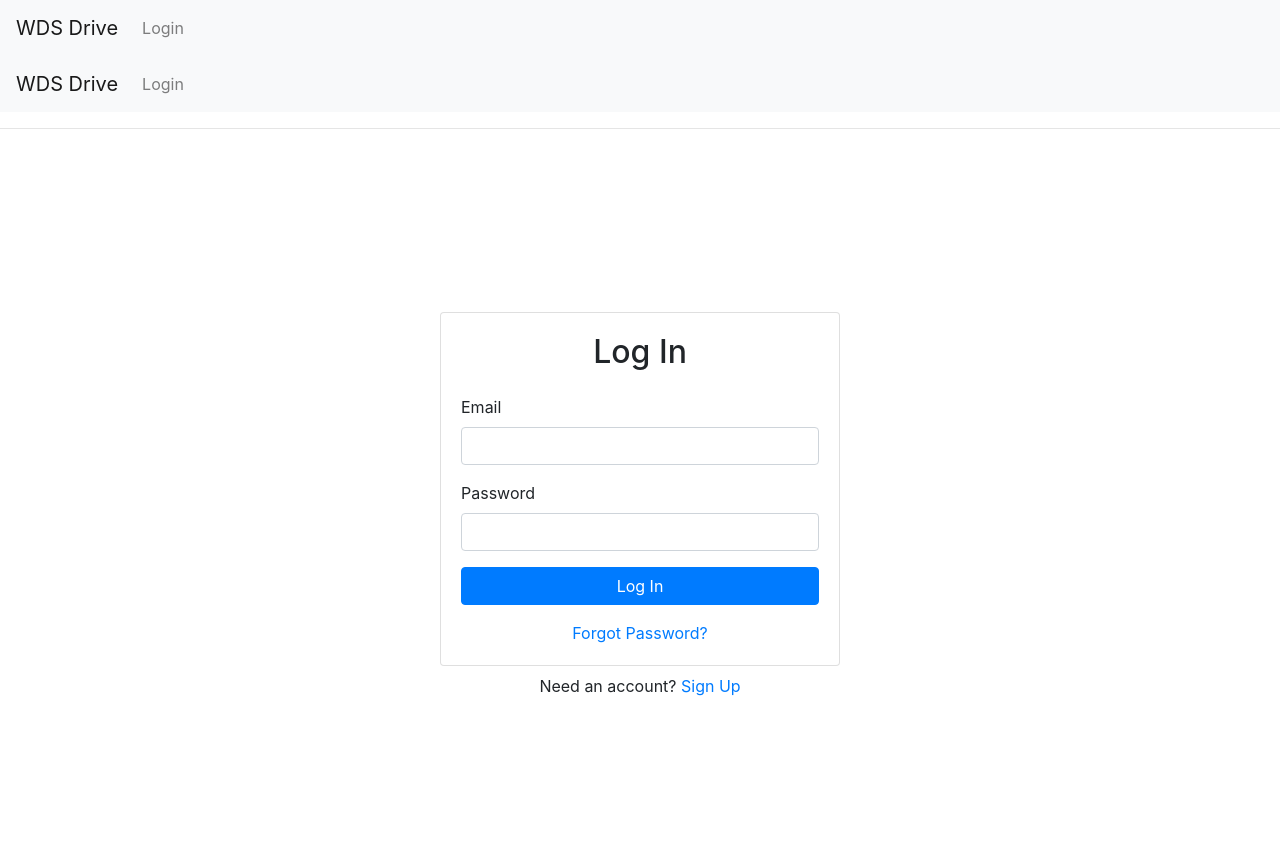
Repository: mel-berk/file-sharing
Page: /login
An editor plug-in stored every save of this project. The page is shown before and after the next save, followed by the edit.
The browser window is 1280 px wide. The pictures show the whole page.
The project was rebuilt for these pictures with package versions that can differ from the ones it lists, and the page was loaded fresh each time. Also part of the build but not shown: src/components/authentication/Signup.js, src/components/authentication/Landing.js, src/components/authentication/Profile.js, src/components/authentication/PrivateRoute.js, src/components/authentication/ForgotPassword.js, src/components/authentication/UpdateProfile.js, src/hooks/useFolder.js, src/components/google-drive/AddFolderButton.js and 6 more.

Above is the page before, as saved 2021-06-14 00:02:31.

After the next save:
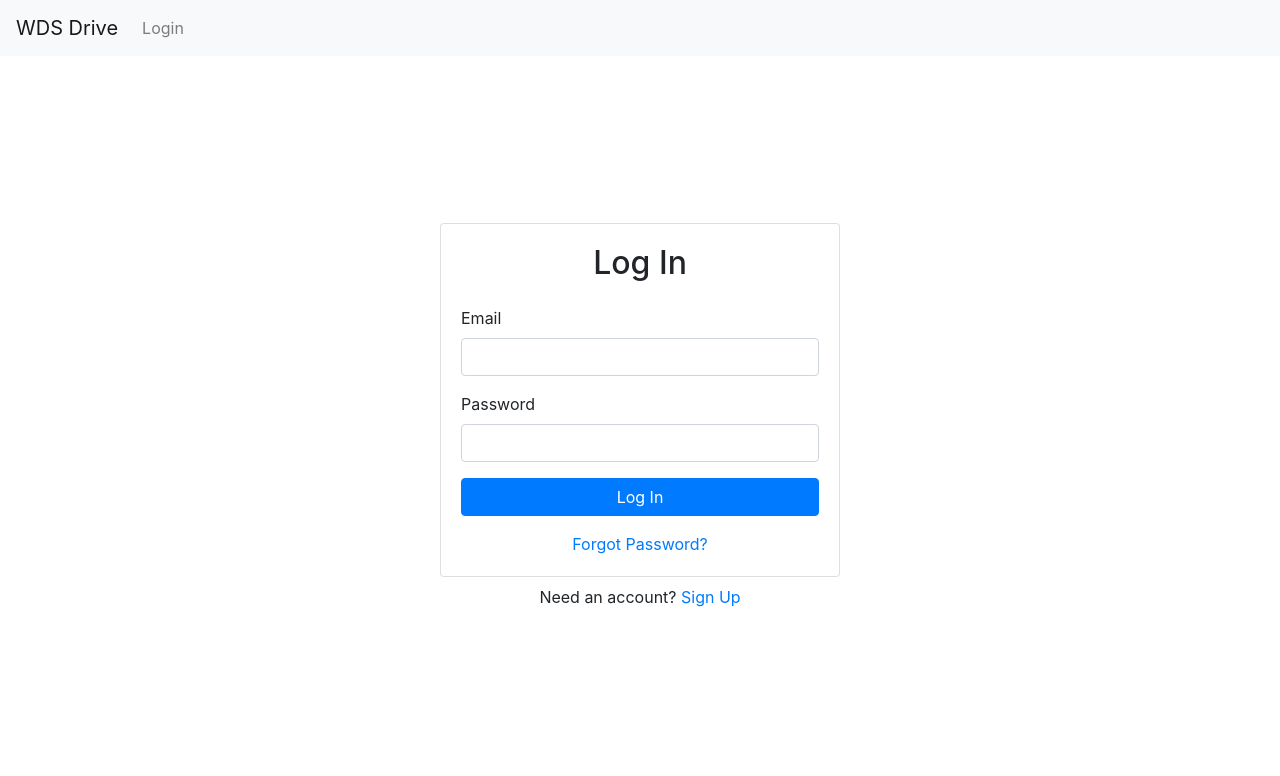
Saved 24 s later.
--- a/src/components/authentication/Login.js
+++ b/src/components/authentication/Login.js
@@ -3,7 +3,6 @@ import { Form, Button, Card, Alert } from "react-bootstrap"
 import { useAuth } from "../../contexts/AuthContext"
 import { Link, useHistory } from "react-router-dom"
 import CenteredContainer from "./CenteredContainer"
-import Navbar2 from "./navbar2"
 
 export default function Login() {
   const emailRef = useRef()
@@ -29,9 +28,6 @@ export default function Login() {
   }
 
   return (
-    <div>
-      <Navbar2/>
-      <hr />
       <CenteredContainer>
         <Card>
           <Card.Body>
@@ -59,6 +55,5 @@ export default function Login() {
           Need an account? <Link to="/signup">Sign Up</Link>
         </div>
       </CenteredContainer>
-    </div>
   )
 }
